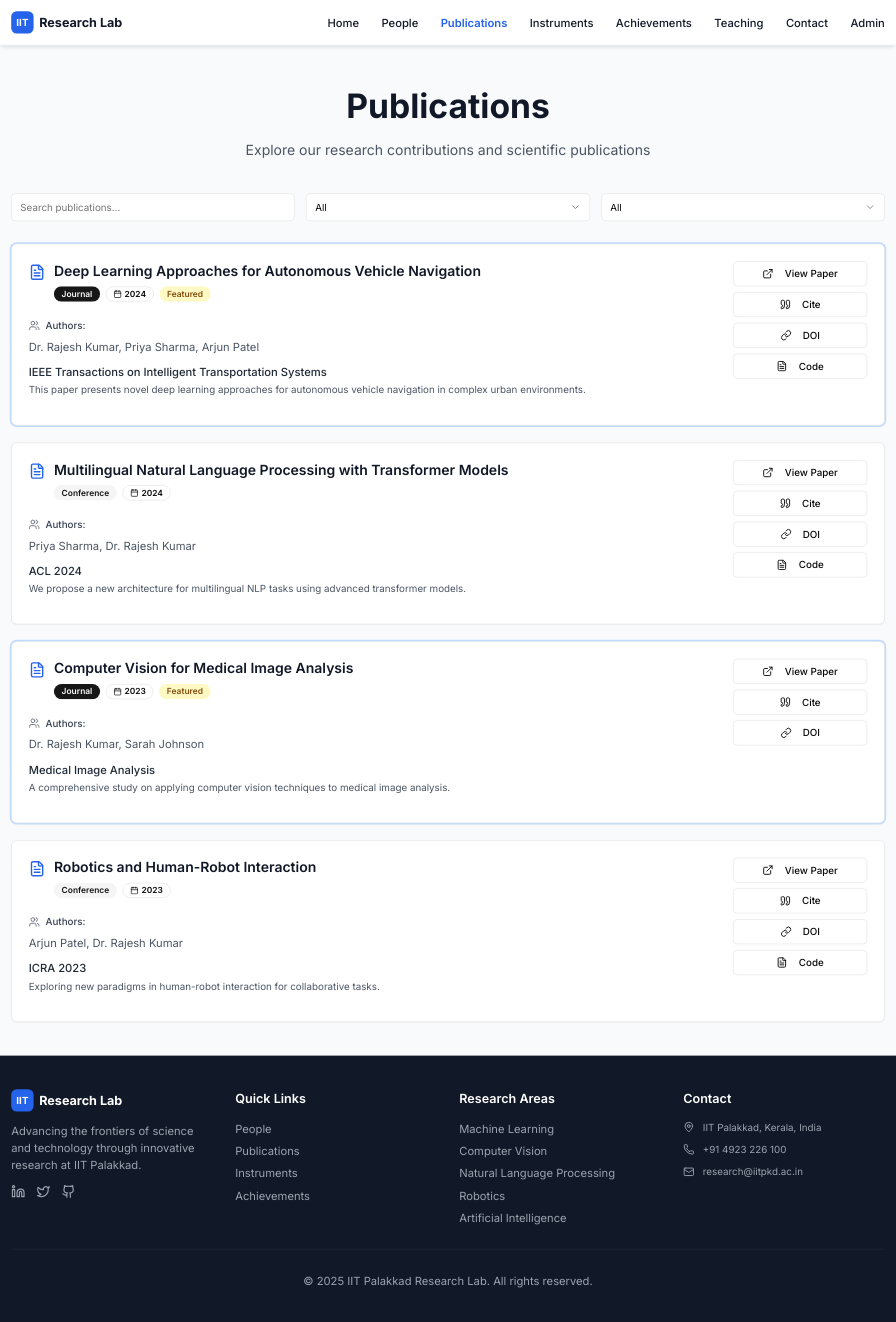
Repository: Gopikrish-30/iit-palakkad-arise
Page: /publications
These files come from the project's save history. The page is drawn as it stood at one moment and after a run of saves; the edit follows.
The browser window is 1280 px wide. The pictures show the whole page, at 70% of full size.
The project was rebuilt for these pictures with package versions that can differ from the ones it lists, and the page was loaded fresh each time. The framework's server and built-in components were replaced by stand-ins that run in the browser. Also part of the build but not shown: next.config.mjs, components/ui/dialog.tsx.

Above is the page before, as saved 2025-06-01 22:30:33.

### app/layout.tsx
import type React from "react"
import type { Metadata } from "next"
import { Inter } from "next/font/google"
import "./globals.css"
import Navigation from "@/components/layout/navigation"
import Footer from "@/components/layout/footer"
import { DataProvider } from "@/lib/data-context"

const inter = Inter({ subsets: ["latin"] })

export const metadata: Metadata = {
  title: "IIT Palakkad Research Lab",
  description: "Advancing the frontiers of science and technology through innovative research",
    generator: 'v0.dev'
}

export default function RootLayout({
  children,
}: {
  children: React.ReactNode
}) {
  return (
    <html lang="en">
      <body className={inter.className}>
        <DataProvider>
          <Navigation />
          <main>{children}</main>
          <Footer />
        </DataProvider>
      </body>
    </html>
  )
}

### app/publications/page.tsx
"use client"

import { useState, useRef } from "react"
import { motion, useInView } from "framer-motion"
import { Card, CardContent } from "@/components/ui/card"
import { Button } from "@/components/ui/button"
import { Badge } from "@/components/ui/badge"
import { Input } from "@/components/ui/input"
import { Select, SelectContent, SelectItem, SelectTrigger, SelectValue } from "@/components/ui/select"
import { Dialog, DialogContent, DialogHeader, DialogTitle } from "@/components/ui/dialog"
import { ExternalLink, FileText, Quote, Calendar, Users, Download, LinkIcon } from "lucide-react"
import { useData } from "@/lib/data-context"

const publications = [
  {
    id: 1,
    title: "Deep Learning Approaches for Autonomous Vehicle Navigation",
    authors: ["Dr. Rajesh Kumar", "Priya Sharma", "Arjun Patel"],
    journal: "IEEE Transactions on Intelligent Transportation Systems",
    year: 2024,
    type: "Journal",
    doi: "10.1109/TITS.2024.1234567",
    featured: true,
    abstract:
      "This paper presents novel deep learning approaches for autonomous vehicle navigation in complex urban environments.",
    paperUrl: "https://example.com/paper1.pdf",
    codeUrl: "https://github.com/example/autonomous-navigation",
  },
  {
    id: 2,
    title: "Multilingual Natural Language Processing with Transformer Models",
    authors: ["Priya Sharma", "Dr. Rajesh Kumar"],
    journal: "ACL 2024",
    year: 2024,
    type: "Conference",
    doi: "10.18653/v1/2024.acl-long.123",
    featured: false,
    abstract: "We propose a new architecture for multilingual NLP tasks using advanced transformer models.",
    paperUrl: "https://example.com/paper2.pdf",
    codeUrl: "https://github.com/example/multilingual-nlp",
  },
  {
    id: 3,
    title: "Computer Vision for Medical Image Analysis",
    authors: ["Dr. Rajesh Kumar", "Sarah Johnson"],
    journal: "Medical Image Analysis",
    year: 2023,
    type: "Journal",
    doi: "10.1016/j.media.2023.102789",
    featured: true,
    abstract: "A comprehensive study on applying computer vision techniques to medical image analysis.",
    paperUrl: "https://example.com/paper3.pdf",
  },
  {
    id: 4,
    title: "Robotics and Human-Robot Interaction",
    authors: ["Arjun Patel", "Dr. Rajesh Kumar"],
    journal: "ICRA 2023",
    year: 2023,
    type: "Conference",
    doi: "10.1109/ICRA.2023.1234567",
    featured: false,
    abstract: "Exploring new paradigms in human-robot interaction for collaborative tasks.",
    paperUrl: "https://example.com/paper4.pdf",
    codeUrl: "https://github.com/example/human-robot-interaction",
  },
]

const years = ["All", "2024", "2023", "2022", "2021"]
const types = ["All", "Journal", "Conference", "Workshop"]

export default function PublicationsPage() {
  const [selectedYear, setSelectedYear] = useState("All")
  const [selectedType, setSelectedType] = useState("All")
  const [searchTerm, setSearchTerm] = useState("")
  const [selectedPaper, setSelectedPaper] = useState<any>(null)

  const pageRef = useRef<HTMLDivElement>(null)
  const isInView = useInView(pageRef, { once: true, margin: "-100px" })

  const filteredPublications = publications.filter((pub) => {
    const matchesYear = selectedYear === "All" || pub.year.toString() === selectedYear
    const matchesType = selectedType === "All" || pub.type === selectedType
    const matchesSearch =
      searchTerm === "" ||
      pub.title.toLowerCase().includes(searchTerm.toLowerCase()) ||
      pub.authors.some((author) => author.toLowerCase().includes(searchTerm.toLowerCase()))

    return matchesYear && matchesType && matchesSearch
  })

  const handleCiteClick = (publication: any) => {
    setSelectedPaper(publication)
  }

  const generateCitation = (pub: any) => {
    return `${pub.authors.join(", ")}. (${pub.year}). ${pub.title}. ${pub.journal}. DOI: ${pub.doi}`
  }

  const downloadCitation = (pub: any, format: string) => {
    const citation = generateCitation(pub)
    const element = document.createElement("a")

    let content = ""
    let filename = ""

    if (format === "bibtex") {
      content = `@article{${pub.authors[0].split(" ")[1].toLowerCase()}${pub.year},
  title={${pub.title}},
  author={${pub.authors.join(" and ")}},
  journal={${pub.journal}},
  year={${pub.year}},
  doi={${pub.doi}}
}`
      filename = `citation-${pub.id}.bib`
    } else {
      content = citation
      filename = `citation-${pub.id}.txt`
    }

    const file = new Blob([content], { type: "text/plain" })
    element.href = URL.createObjectURL(file)
    element.download = filename
    document.body.appendChild(element)
    element.click()
    document.body.removeChild(element)
  }

  return (
    <div ref={pageRef} className="min-h-screen bg-gray-50 pt-20">
      <div className="container mx-auto px-4 py-12">
        <motion.div
          initial={{ opacity: 0, y: 30 }}
          animate={isInView ? { opacity: 1, y: 0 } : {}}
          transition={{ duration: 0.8 }}
          className="text-center mb-12"
        >
          <h1 className="text-5xl font-bold text-gray-900 mb-6">Publications</h1>
          <p className="text-xl text-gray-600 max-w-3xl mx-auto">
            Explore our research contributions and scientific publications
          </p>
        </motion.div>

        {/* Filters */}
        <motion.div
          initial={{ opacity: 0, y: 20 }}
          animate={isInView ? { opacity: 1, y: 0 } : {}}
          transition={{ duration: 0.8, delay: 0.2 }}
          className="grid md:grid-cols-3 gap-4 mb-8"
        >
          <Input
            placeholder="Search publications..."
            value={searchTerm}
            onChange={(e) => setSearchTerm(e.target.value)}
            className="w-full"
          />
          <Select value={selectedYear} onValueChange={setSelectedYear}>
            <SelectTrigger>
              <SelectValue placeholder="Select year" />
            </SelectTrigger>
            <SelectContent>
              {years.map((year) => (
                <SelectItem key={year} value={year}>
                  {year}
                </SelectItem>
              ))}
            </SelectContent>
          </Select>
          <Select value={selectedType} onValueChange={setSelectedType}>
            <SelectTrigger>
              <SelectValue placeholder="Select type" />
            </SelectTrigger>
            <SelectContent>
              {types.map((type) => (
                <SelectItem key={type} value={type}>
                  {type}
                </SelectItem>
              ))}
            </SelectContent>
          </Select>
        </motion.div>

        {/* Publications List */}
        <div className="space-y-6">
          {filteredPublications.map((publication, index) => (
            <motion.div
              key={publication.id}
              initial={{ opacity: 0, y: 30 }}
              animate={isInView ? { opacity: 1, y: 0 } : {}}
              transition={{ duration: 0.8, delay: index * 0.1 }}
              whileHover={{ y: -5 }}
            >
              <Card
                className={`hover:shadow-lg transition-all duration-300 ${publication.featured ? "ring-2 ring-blue-200" : ""}`}
              >
                <CardContent className="p-6">
                  <div className="flex flex-col lg:flex-row lg:items-start gap-4">
                    <div className="flex-1">
                      <div className="flex items-start gap-3 mb-3">
                        <FileText className="h-6 w-6 text-blue-600 mt-1 flex-shrink-0" />
                        <div className="flex-1">
                          <h3 className="text-xl font-semibold text-gray-900 mb-2">{publication.title}</h3>
                          <div className="flex flex-wrap items-center gap-2 mb-3">
                            <Badge variant={publication.featured ? "default" : "secondary"}>{publication.type}</Badge>
                            <Badge variant="outline" className="flex items-center gap-1">
                              <Calendar className="h-3 w-3" />
                              {publication.year}
                            </Badge>
                            {publication.featured && <Badge className="bg-yellow-100 text-yellow-800">Featured</Badge>}
                          </div>
                        </div>
                      </div>

                      <div className="mb-3">
                        <div className="flex items-center gap-2 mb-2">
                          <Users className="h-4 w-4 text-gray-500" />
                          <span className="text-sm font-medium text-gray-700">Authors:</span>
                        </div>
                        <p className="text-gray-600">{publication.authors.join(", ")}</p>
                      </div>

                      <div className="mb-4">
                        <p className="text-gray-800 font-medium mb-1">{publication.journal}</p>
                        <p className="text-gray-600 text-sm">{publication.abstract}</p>
                      </div>
                    </div>

                    <div className="flex flex-col gap-2 lg:w-48">
                      {publication.paperUrl && (
                        <Button variant="outline" size="sm" className="w-full" asChild>
                          <a href={publication.paperUrl} target="_blank" rel="noopener noreferrer">
                            <ExternalLink className="h-4 w-4 mr-2" />
                            View Paper
                          </a>
                        </Button>
                      )}

                      <Button
                        variant="outline"
                        size="sm"
                        className="w-full"
                        onClick={() => handleCiteClick(publication)}
                      >
                        <Quote className="h-4 w-4 mr-2" />
                        Cite
                      </Button>

                      <Button variant="outline" size="sm" className="w-full" asChild>
                        <a href={`https://doi.org/${publication.doi}`} target="_blank" rel="noopener noreferrer">
                          <LinkIcon className="h-4 w-4 mr-2" />
                          DOI
                        </a>
                      </Button>

                      {publication.codeUrl && (
                        <Button variant="outline" size="sm" className="w-full" asChild>
                          <a href={publication.codeUrl} target="_blank" rel="noopener noreferrer">
                            <FileText className="h-4 w-4 mr-2" />
                            Code
                          </a>
                        </Button>
                      )}
                    </div>
                  </div>
                </CardContent>
              </Card>
            </motion.div>
          ))}
        </div>

        {filteredPublications.length === 0 && (
          <motion.div initial={{ opacity: 0 }} animate={{ opacity: 1 }} className="text-center py-12">
            <FileText className="h-16 w-16 text-gray-400 mx-auto mb-4" />
            <h3 className="text-xl font-semibold text-gray-600 mb-2">No publications found</h3>
            <p className="text-gray-500">Try adjusting your search criteria</p>
          </motion.div>
        )}

        {/* Citation Dialog */}
        {selectedPaper && (
          <Dialog open={!!selectedPaper} onOpenChange={() => setSelectedPaper(null)}>
            <DialogContent className="max-w-2xl">
              <DialogHeader>
                <DialogTitle>Citation</DialogTitle>
              </DialogHeader>
              <div className="space-y-4">
                <div className="p-4 bg-gray-50 rounded-md">
                  <p className="text-sm font-mono">{generateCitation(selectedPaper)}</p>
                </div>

                <div className="flex gap-3">
                  <Button variant="outline" onClick={() => downloadCitation(selectedPaper, "text")}>
                    <Download className="h-4 w-4 mr-2" />
                    Download as Text
                  </Button>
                  <Button variant="outline" onClick={() => downloadCitation(selectedPaper, "bibtex")}>
                    <Download className="h-4 w-4 mr-2" />
                    Download as BibTeX
                  </Button>
                </div>
              </div>
            </DialogContent>
          </Dialog>
        )}
      </div>
    </div>
  )
}

### components/ui/card.tsx
import * as React from "react"

import { cn } from "@/lib/utils"

const Card = React.forwardRef<
  HTMLDivElement,
  React.HTMLAttributes<HTMLDivElement>
>(({ className, ...props }, ref) => (
  <div
    ref={ref}
    className={cn(
      "rounded-lg border bg-card text-card-foreground shadow-sm",
      className
    )}
    {...props}
  />
))
Card.displayName = "Card"

const CardHeader = React.forwardRef<
  HTMLDivElement,
  React.HTMLAttributes<HTMLDivElement>
>(({ className, ...props }, ref) => (
  <div
    ref={ref}
    className={cn("flex flex-col space-y-1.5 p-6", className)}
    {...props}
  />
))
CardHeader.displayName = "CardHeader"

const CardTitle = React.forwardRef<
  HTMLDivElement,
  React.HTMLAttributes<HTMLDivElement>
>(({ className, ...props }, ref) => (
  <div
    ref={ref}
    className={cn(
      "text-2xl font-semibold leading-none tracking-tight",
      className
    )}
    {...props}
  />
))
CardTitle.displayName = "CardTitle"

const CardDescription = React.forwardRef<
  HTMLDivElement,
  React.HTMLAttributes<HTMLDivElement>
>(({ className, ...props }, ref) => (
  <div
    ref={ref}
    className={cn("text-sm text-muted-foreground", className)}
    {...props}
  />
))
CardDescription.displayName = "CardDescription"

const CardContent = React.forwardRef<
  HTMLDivElement,
  React.HTMLAttributes<HTMLDivElement>
>(({ className, ...props }, ref) => (
  <div ref={ref} className={cn("p-6 pt-0", className)} {...props} />
))
CardContent.displayName = "CardContent"

const CardFooter = React.forwardRef<
  HTMLDivElement,
  React.HTMLAttributes<HTMLDivElement>
>(({ className, ...props }, ref) => (
  <div
    ref={ref}
    className={cn("flex items-center p-6 pt-0", className)}
    {...props}
  />
))
CardFooter.displayName = "CardFooter"

export { Card, CardHeader, CardFooter, CardTitle, CardDescription, CardContent }

### components/ui/button.tsx
import * as React from "react"
import { Slot } from "@radix-ui/react-slot"
import { cva, type VariantProps } from "class-variance-authority"

import { cn } from "@/lib/utils"

const buttonVariants = cva(
  "inline-flex items-center justify-center gap-2 whitespace-nowrap rounded-md text-sm font-medium ring-offset-background transition-colors focus-visible:outline-none focus-visible:ring-2 focus-visible:ring-ring focus-visible:ring-offset-2 disabled:pointer-events-none disabled:opacity-50 [&_svg]:pointer-events-none [&_svg]:size-4 [&_svg]:shrink-0",
  {
    variants: {
      variant: {
        default: "bg-primary text-primary-foreground hover:bg-primary/90",
        destructive:
          "bg-destructive text-destructive-foreground hover:bg-destructive/90",
        outline:
          "border border-input bg-background hover:bg-accent hover:text-accent-foreground",
        secondary:
          "bg-secondary text-secondary-foreground hover:bg-secondary/80",
        ghost: "hover:bg-accent hover:text-accent-foreground",
        link: "text-primary underline-offset-4 hover:underline",
      },
      size: {
        default: "h-10 px-4 py-2",
        sm: "h-9 rounded-md px-3",
        lg: "h-11 rounded-md px-8",
        icon: "h-10 w-10",
      },
    },
    defaultVariants: {
      variant: "default",
      size: "default",
    },
  }
)

export interface ButtonProps
  extends React.ButtonHTMLAttributes<HTMLButtonElement>,
    VariantProps<typeof buttonVariants> {
  asChild?: boolean
}

const Button = React.forwardRef<HTMLButtonElement, ButtonProps>(
  ({ className, variant, size, asChild = false, ...props }, ref) => {
    const Comp = asChild ? Slot : "button"
    return (
      <Comp
        className={cn(buttonVariants({ variant, size, className }))}
        ref={ref}
        {...props}
      />
    )
  }
)
Button.displayName = "Button"

export { Button, buttonVariants }

### components/ui/badge.tsx
import * as React from "react"
import { cva, type VariantProps } from "class-variance-authority"

import { cn } from "@/lib/utils"

const badgeVariants = cva(
  "inline-flex items-center rounded-full border px-2.5 py-0.5 text-xs font-semibold transition-colors focus:outline-none focus:ring-2 focus:ring-ring focus:ring-offset-2",
  {
    variants: {
      variant: {
        default:
          "border-transparent bg-primary text-primary-foreground hover:bg-primary/80",
        secondary:
          "border-transparent bg-secondary text-secondary-foreground hover:bg-secondary/80",
        destructive:
          "border-transparent bg-destructive text-destructive-foreground hover:bg-destructive/80",
        outline: "text-foreground",
      },
    },
    defaultVariants: {
      variant: "default",
    },
  }
)

export interface BadgeProps
  extends React.HTMLAttributes<HTMLDivElement>,
    VariantProps<typeof badgeVariants> {}

function Badge({ className, variant, ...props }: BadgeProps) {
  return (
    <div className={cn(badgeVariants({ variant }), className)} {...props} />
  )
}

export { Badge, badgeVariants }

### components/ui/input.tsx
import * as React from "react"

import { cn } from "@/lib/utils"

const Input = React.forwardRef<HTMLInputElement, React.ComponentProps<"input">>(
  ({ className, type, ...props }, ref) => {
    return (
      <input
        type={type}
        className={cn(
          "flex h-10 w-full rounded-md border border-input bg-background px-3 py-2 text-base ring-offset-background file:border-0 file:bg-transparent file:text-sm file:font-medium file:text-foreground placeholder:text-muted-foreground focus-visible:outline-none focus-visible:ring-2 focus-visible:ring-ring focus-visible:ring-offset-2 disabled:cursor-not-allowed disabled:opacity-50 md:text-sm",
          className
        )}
        ref={ref}
        {...props}
      />
    )
  }
)
Input.displayName = "Input"

export { Input }

Loaded but not shown: app/globals.css (common file); lib/utils.ts (common file); tailwind.config.ts (common file); lib/data-context.tsx (445 lines, source omitted); components/ui/select.tsx (160 lines, source omitted); components/layout/navigation.tsx (118 lines, source omitted); components/ui/sheet.tsx (140 lines, source omitted); components/layout/footer.tsx (98 lines, source omitted)

After the next 2 saves:
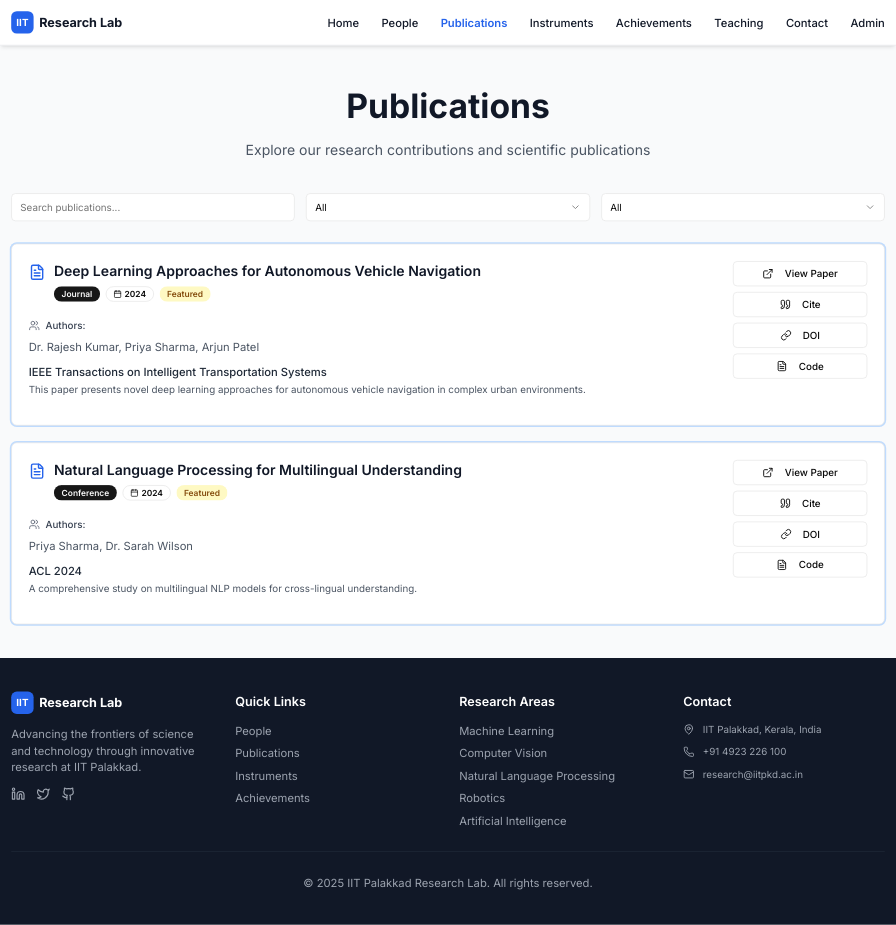
The 2 saves are shown as one change because 1 did not build or start.
The last was saved 33 s later.
--- a/app/publications/page.tsx
+++ b/app/publications/page.tsx
@@ -11,65 +11,13 @@ import { Dialog, DialogContent, DialogHeader, DialogTitle } from "@/components/u
 import { ExternalLink, FileText, Quote, Calendar, Users, Download, LinkIcon } from "lucide-react"
 import { useData } from "@/lib/data-context"
 
-const publications = [
-  {
-    id: 1,
-    title: "Deep Learning Approaches for Autonomous Vehicle Navigation",
-    authors: ["Dr. Rajesh Kumar", "Priya Sharma", "Arjun Patel"],
-    journal: "IEEE Transactions on Intelligent Transportation Systems",
-    year: 2024,
-    type: "Journal",
-    doi: "10.1109/TITS.2024.1234567",
-    featured: true,
-    abstract:
-      "This paper presents novel deep learning approaches for autonomous vehicle navigation in complex urban environments.",
-    paperUrl: "https://example.com/paper1.pdf",
-    codeUrl: "https://github.com/example/autonomous-navigation",
-  },
-  {
-    id: 2,
-    title: "Multilingual Natural Language Processing with Transformer Models",
-    authors: ["Priya Sharma", "Dr. Rajesh Kumar"],
-    journal: "ACL 2024",
-    year: 2024,
-    type: "Conference",
-    doi: "10.18653/v1/2024.acl-long.123",
-    featured: false,
-    abstract: "We propose a new architecture for multilingual NLP tasks using advanced transformer models.",
-    paperUrl: "https://example.com/paper2.pdf",
-    codeUrl: "https://github.com/example/multilingual-nlp",
-  },
-  {
-    id: 3,
-    title: "Computer Vision for Medical Image Analysis",
-    authors: ["Dr. Rajesh Kumar", "Sarah Johnson"],
-    journal: "Medical Image Analysis",
-    year: 2023,
-    type: "Journal",
-    doi: "10.1016/j.media.2023.102789",
-    featured: true,
-    abstract: "A comprehensive study on applying computer vision techniques to medical image analysis.",
-    paperUrl: "https://example.com/paper3.pdf",
-  },
-  {
-    id: 4,
-    title: "Robotics and Human-Robot Interaction",
-    authors: ["Arjun Patel", "Dr. Rajesh Kumar"],
-    journal: "ICRA 2023",
-    year: 2023,
-    type: "Conference",
-    doi: "10.1109/ICRA.2023.1234567",
-    featured: false,
-    abstract: "Exploring new paradigms in human-robot interaction for collaborative tasks.",
-    paperUrl: "https://example.com/paper4.pdf",
-    codeUrl: "https://github.com/example/human-robot-interaction",
-  },
-]
+
 
 const years = ["All", "2024", "2023", "2022", "2021"]
 const types = ["All", "Journal", "Conference", "Workshop"]
 
 export default function PublicationsPage() {
+  const { publications } = useData()
   const [selectedYear, setSelectedYear] = useState("All")
   const [selectedType, setSelectedType] = useState("All")
   const [searchTerm, setSearchTerm] = useState("")
